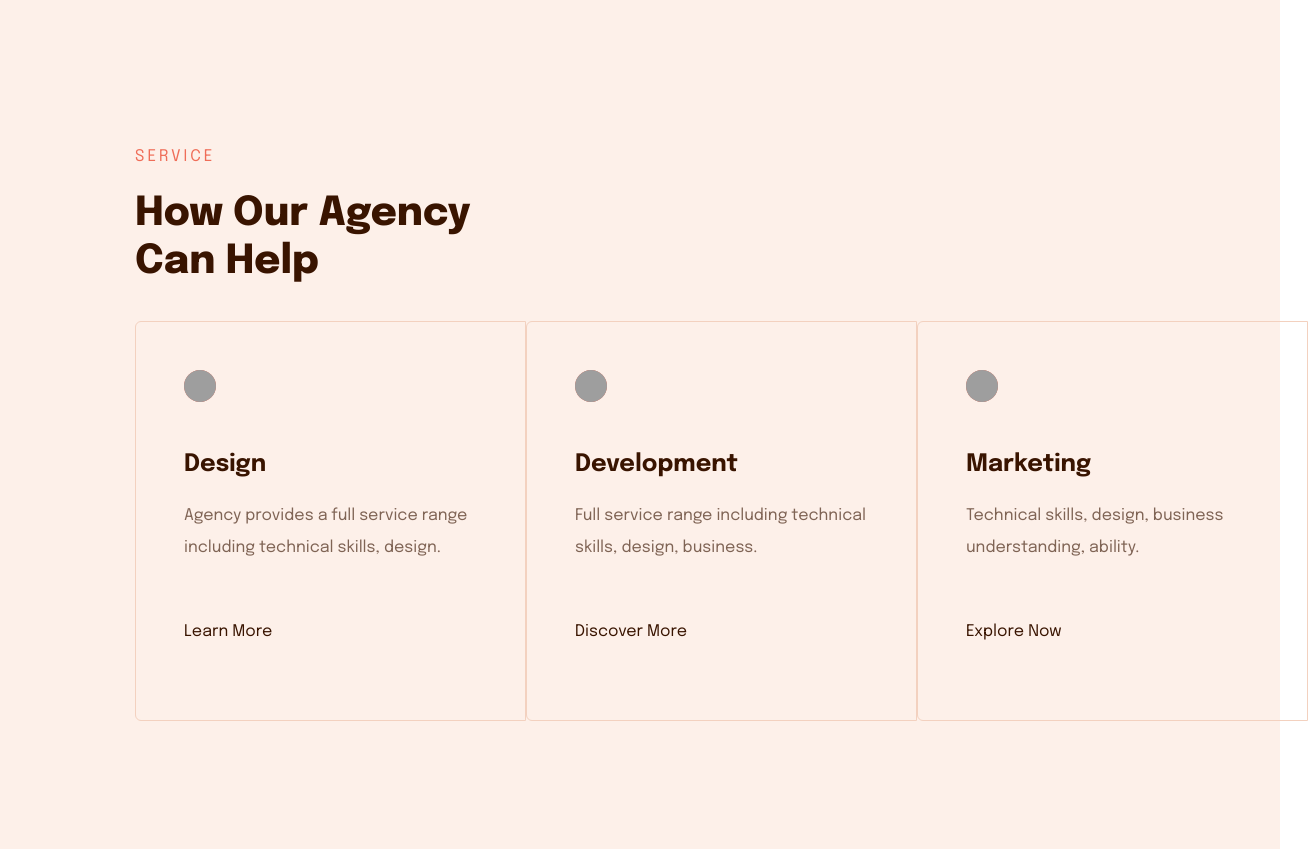
Repository: simralgasimov/service
Page: index.html
An editor plug-in stored every save of this project. The page is shown before and after the next save, followed by the edit.
The browser window is 1280 px wide. The page is 1308 px wide, so the pictures cover 1308 px, including what lies to the right of the window. The pictures show the whole page.
Pictures or frames that could not be fetched are drawn as grey boxes.

Above is the page before, as saved 2023-09-04 13:19:58.

### index.html
<!DOCTYPE html>
<html lang="en">
<head>
    <meta charset="UTF-8">
    <meta name="viewport" content="width=device-width, initial-scale=1.0">
    <title>Document</title>
    <link rel="stylesheet" href="index.css">
</head>
<body>
    <div class="container"><h1>Service
    </h1>
    <h2>How Our Agency Can Help
    </h2>

    <ul class=>
  <li >
    <div class="circle"></div>
    <img src="./img/Combined.svg" alt="">
    <h3>Design</h3>
    <h4>Agency provides a full service range including technical skills, design.
    </h4>
    <h5>Learn More
    </h5>
   </li>

   <li >
    <img src="./img/Combined Shape (1).svg" alt="">
    <h3>Development
    </h3>
    <h4>Full service range including technical skills, design, business.
</h4>
    <h5>Discover More

    </h5>
   </li>


   <li >
    <img src="./img/Shape.svg" alt="">
    <h3>Marketing

    </h3>
    <h4>Technical skills, design, business understanding, ability.
</h4>
    <h5>Explore Now


    </h5>
   </li>





</ul>


</div>


</body>
</html>

### index.css
@import url("https://fonts.googleapis.com/css2?family=Epilogue:wght@400;700;800;900&display=swap");
* {
  margin: 0;
  padding: 0;
  box-sizing: border-box;
}

.container {
  background: #fdf0e9;
  padding: 141px 134px 128px 135px;
}

.container h1 {
  margin-bottom: 17px;
  color: var(--text-dark-accent, #ef6d58);
  font-feature-settings: "clig" off, "liga" off;
  font-family: Epilogue;
  font-size: 16px;
  font-style: normal;
  font-weight: 400;
  line-height: 32px;
  letter-spacing: 3px;
  text-transform: uppercase;
}

.container h2 {
  margin-bottom: 35px;
  width: 336px;
  color: var(--text-dark, #391400);
  font-feature-settings: "clig" off, "liga" off;
  font-family: Epilogue;
  font-size: 40px;
  font-style: normal;
  font-weight: 800;
  line-height: 48px;
}

.container ul {
  list-style-type: none;
  display: flex;
}

.container ul li {
  padding: 48px 262px 52px 48px;
  width: 391px;
  height: 400px;
  border-radius: 6px 0px 0px 6px;
  border: 1px solid #f3d1bf;
}
.container ul li .circle{

}
.container ul li img {
  width: 80px;
  height: 80px;
  border-radius: 50%;
  width: 32px;
  height: 32px;
  background-color: #ef6c57;
}

.container ul li h3 {
  margin-top: 43px;
  width: 83px;
  color: var(--text-dark, #391400);
  font-feature-settings: "clig" off, "liga" off;

  font-family: Epilogue;
  font-size: 24px;
  font-style: normal;
  font-weight: 700;
  line-height: 32px;
}

.container ul li h4 {
  margin-top: 19px;
  width: 294px;
  color: var(--text-dark-gray, rgba(57, 20, 0, 0.64));
  font-feature-settings: "clig" off, "liga" off;
  font-family: Epilogue;
  font-size: 16px;
  font-style: normal;
  font-weight: 400;
  line-height: 32px;
}

.container ul li h5 {
  margin-top: 52px;
  width: 89px;
  color: var(--text-dark, #391400);
  font-feature-settings: "clig" off, "liga" off;

  font-family: Epilogue;
  font-size: 16px;
  font-style: normal;
  font-weight: 400;
  line-height: 32px;
}

.container ul li:nth-child(2) h5{
    width: 113px;
}


.container ul li:nth-child(3) h5{
    width: 96px;
}

After the next save:
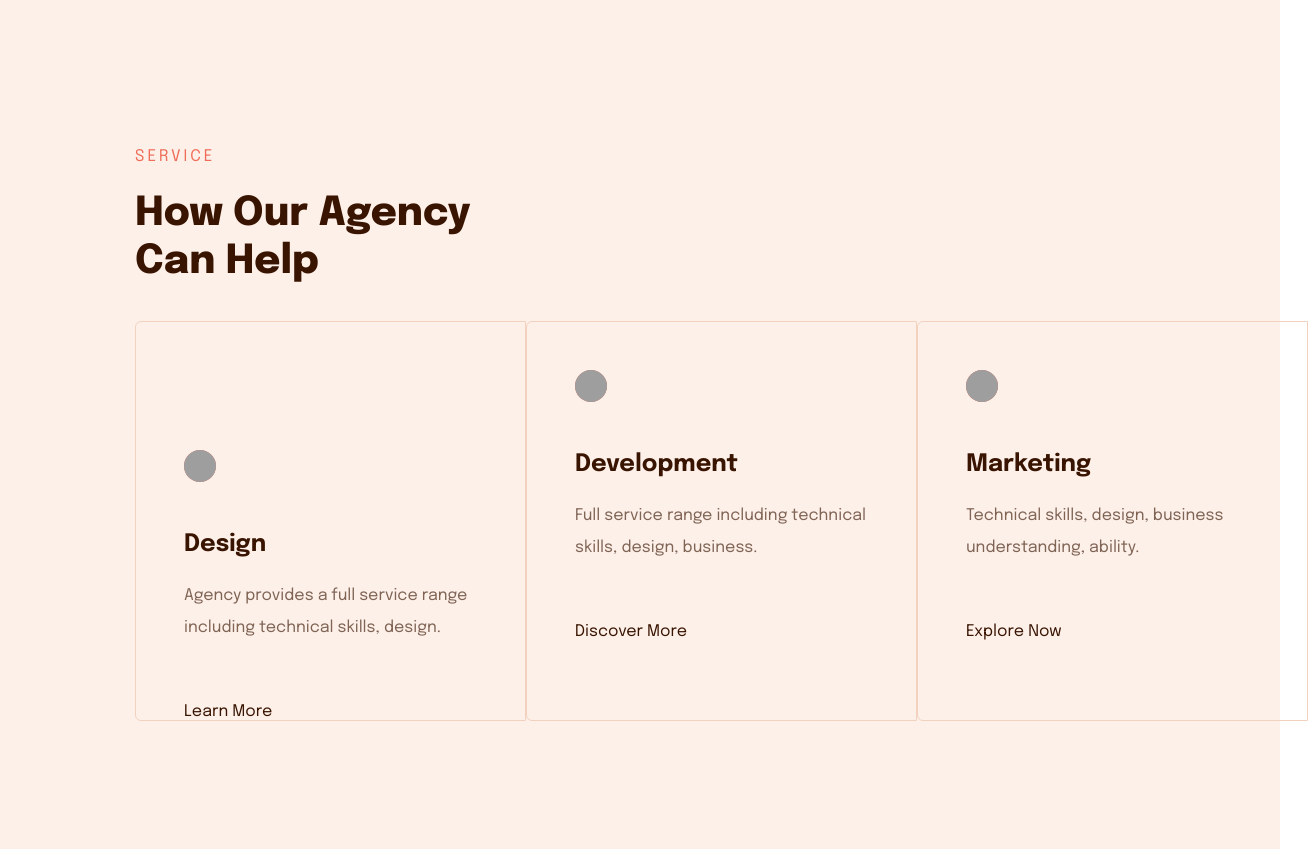
Saved 14 s later.
--- a/index.css
+++ b/index.css
@@ -48,7 +48,9 @@
   border: 1px solid #f3d1bf;
 }
 .container ul li .circle{
-
+  width: 80px;
+height: 80px;
+border-radius: 50%;
 }
 .container ul li img {
   width: 80px;
